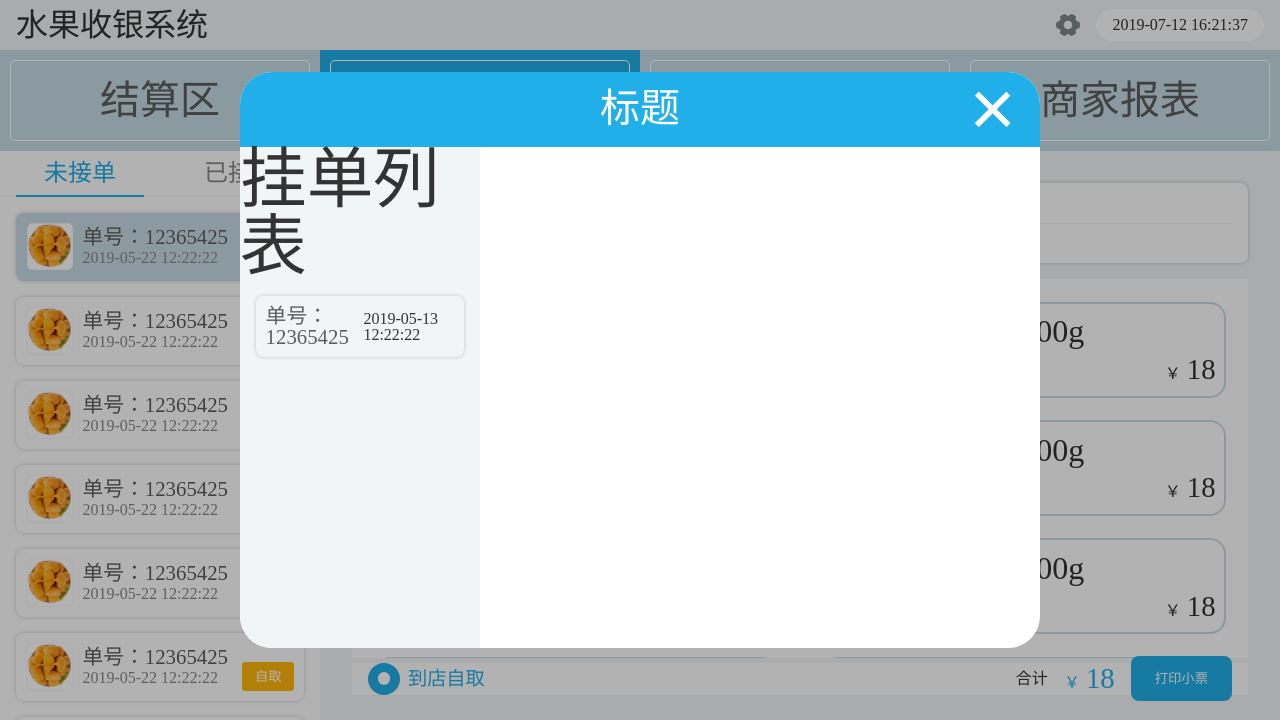
Repository: missing-star/fruit
Page: index.html
These files come from the project's save history. The page is drawn as it stood at one moment and after the next save; the edit follows.
The browser window is 1280 px wide. The pictures show the whole page.
An inner scrolling area shows only its first screen.

Above is the page before, as saved 2019-07-15 10:24:10.

After the next save:
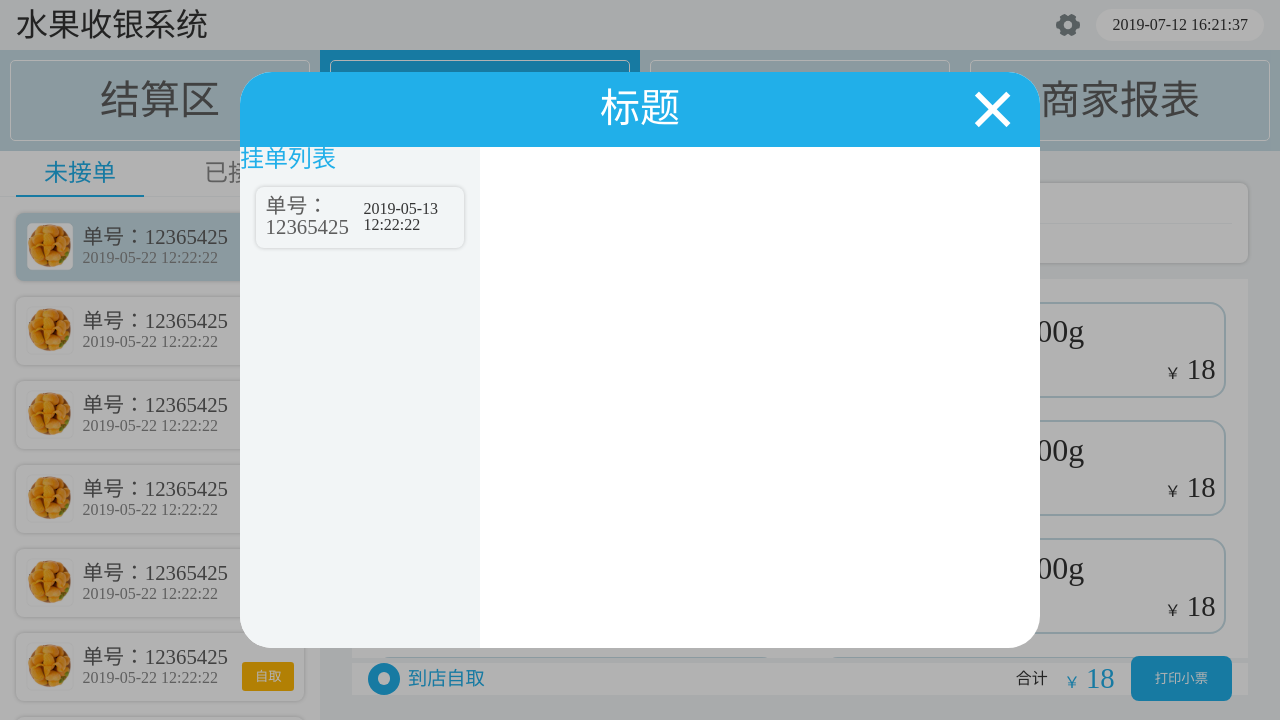
Saved 57 s later.
--- a/css/index.css
+++ b/css/index.css
@@ -728,3 +728,7 @@ button.dialog-close:hover{
     height: 87%;
     border-bottom-left-radius: 2rem;
 }
+p.order-list-title {
+    color: #21AFE9;
+    font-size: 1.5rem;
+}
